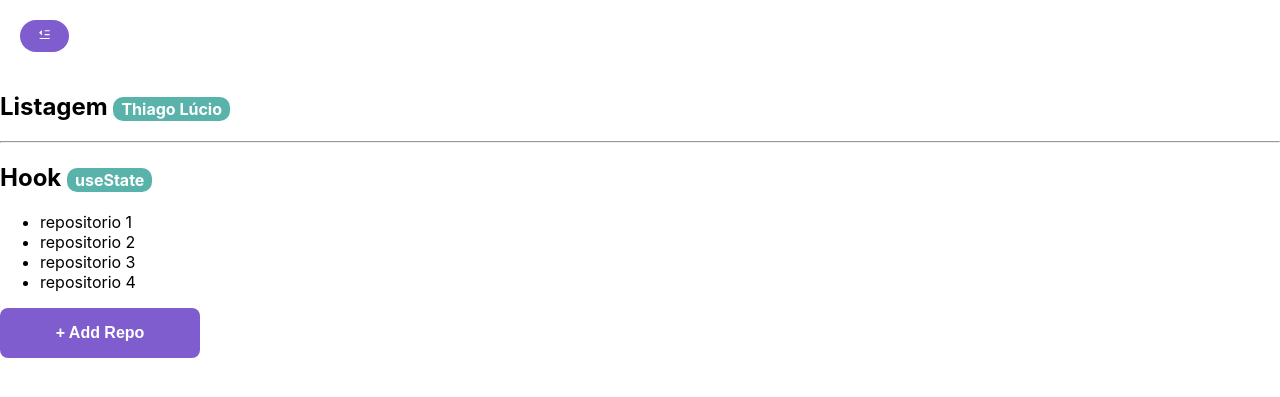
Repository: thiagolucio/react-hooks-use
Page: /
The author's editor kept a copy of each file at every save. The page is drawn from the files as they stood at one save, then again after the next save.
The browser window is 1280 px wide. The pictures show the whole page.
The page's requests for data from a server got no answer. The project was rebuilt for these pictures with package versions that can differ from the ones it lists, and the page was loaded fresh each time. No one was signed in, and anything a server would have sent is missing.

Above is the page before, as saved 2022-03-09 21:57:50.

### src/index.css
body {
  margin: 0;
  padding: 0;
  overflow-x: hidden;
  font-family: -apple-system, BlinkMacSystemFont, 'Segoe UI', 'Roboto', 'Oxygen',
    'Ubuntu', 'Cantarell', 'Fira Sans', 'Droid Sans', 'Helvetica Neue',
    sans-serif;
  -webkit-font-smoothing: antialiased;
  -moz-osx-font-smoothing: grayscale;
}

code {
  font-family: source-code-pro, Menlo, Monaco, Consolas, 'Courier New',
    monospace;
}

.container_column_center {
  display: flex;
  flex-direction: column;
  justify-content: flex-start;
  align-items: center;
}

.container_row_center {
  display: flex;
  flex-direction: row;
  justify-content: flex-start;
}


.font18px {font-size: 18px;}
.font20px {font-size: 20px;}
.font22px {font-size: 22px;}
.font24px {font-size: 24px;}

### src/App.js
import React from "react";
import "./App.css";

import UseStateExample from "./Components/UseStateExample";
import UseEffectExample from "./Components/UseEffectExample";
import Toggle from "./Components/Toggle";

function App() {
  return (
    <>
      <Toggle/>
        <UseEffectExample />
        <hr/>
        <UseStateExample />
    </>
  );
}

export default App;

### src/App.css
.container {
    display: flex;
    align-items: center;
    justify-content: center;
}

.flex-row {
    flex-direction: row;
}
.flex-column {
    flex-direction: column;
}

.button-toggle, .button-toggle-round {
    background-color: #7f5dce;
    padding: 8px 18px;
    border: none;
    border-radius: 50em;
    color: white;
    margin: 20px;
}

.button-toggle-round icon {
    transition: all 0.5s ease-in-out;
}


.button-toggle:hover {
    cursor: pointer;

}

### src/Components/UseStateExample.js
import React, { useState } from "react";
import "./UseStateExample.css";

function UseStateExample() {

  const [repositories, setRepositories] = useState([
    { id: 1, name: "repositorio 1" },
    { id: 2, name: "repositorio 2" },
    { id: 3, name: "repositorio 3" },
    { id: 4, name: "repositorio 4" },
  ]);

    function handleAddRepo() {

        let numName  = repositories.length + 1;

        setRepositories([...repositories, { id: Math.random(), name: "repositorio " + numName}]);
    }

  return (
    <div className="container-list">
      <h2>Hook <span className="badge-title">useState</span></h2>
      <ul>
        {repositories.map((repo) => (
          <li key={repo.id}>{repo.name}</li>
        ))}
      </ul>
      <button className="buttonApp" onClick={handleAddRepo}>+ Add Repo</button>
    </div>
  );
}

export default UseStateExample;

### src/Components/UseEffectExample.js
import React, { useEffect, useState } from "react";
import {FcLike, FcLikePlaceholder } from "react-icons/fc";
import "./UseStateExample.css";

function UseEffectExample() {
  const [repositories, setRepositories] = useState([]);
  const [favorites, setFavorites] = useState([]);

  // no lugar do componentDidMount quando o component for montado
  useEffect(() => {
    async function fetchRepo() {
      const response = await fetch("https://api.github.com/users/thiagolucio/repos");
      const data = await response.json();
      setRepositories(data);
    }

    // async function fetchDataWithChildren() {
    //   try {
    //     const response = await fetch("https://api.github.com/users/thiagolucio/repos");
    //     const data = await response.json();
    //     setRepositories(data.children.map(it => it.data));
    //   } catch (e) {
    //     console.error(e);
    //   }
    // }

    fetchRepo();
    // fetchDataWithChildren();
  }, []);
  //os colchetes acima indica que ele deve ser executado somente uma vez, quando o componente for montado porque
  // ele não tem nenhum parâmetro pra se basear para ser executado novamente

  function handleFavorite(id) {
    const newRepositories = repositories.map(repo => {
      return repo.id ===  id ? {...repo, favorite: true} : repo;
      // verifica se o id do repositório é igual ao id passado por parâmetro e se for vai retornar
      // todos os dados do repositório e adicionar uma opção favorite como true
      // no final, se nao for ele retornará o repositorio como estava antes da mudança
    });
    // ele vai agora atualizar o estado dos repositórios com ou sem o true de favoritos adicionado
    setRepositories(newRepositories);
  }

  return (
    <>
      <h2>
        Listagem <span className="badge-title">Thiago Lúcio</span>
      </h2>
      <ul>
        {repositories.map((repo) => (
          <li key={repo.id}>
            {repo.name}
            <button
                onClick={() => handleFavorite(repo.id)}
                className={repo.favorite? "btn-round btn-like" : "btn-round btn-unlike"} >
                {repo.favorite? <FcLike/> : <FcLikePlaceholder/>}
            </button>
          </li>
        ))}
      </ul>
    </>
  );
}

export default UseEffectExample;

### src/Components/Toggle.js
import React, { useCallback, useState } from 'react';
import { RiMenuUnfoldFill, RiMenuFoldFill } from "react-icons/ri";

function Toggle() {
    const [isToggleChanged, setIsToggleChanged] = useToggle();

    return (
        <button className={isToggleChanged ? 'button-toggle-round' : 'button-toggle'} onClick={setIsToggleChanged}>{isToggleChanged ? <RiMenuUnfoldFill/> : <RiMenuFoldFill/>}</button>
    );
}
const useToggle = (initialState = false) => {
    const [state, setState] = useState(initialState);
    const toggle = useCallback(() => setState(state => !state), []);

    return [state, toggle]
}

export default Toggle;

### src/Components/UseStateExample.css
.buttonApp {
    width: 200px;
    height: 50px;
    font-size: 16px;
    padding: 8px 25px;
    background-color: #7f5dce;
    border: 2px solid #ffffff;
    color: #fff;
    font-weight: bold;
    border: none;
    border-radius: 8px;
}

.buttonApp:hover {
    background-color: white;
    border: 2px solid #7f5dce;
    color: #7f5dce;
    transition: all 0.2s ease-in;
    cursor: pointer;
}

.buttonApp:click {
    background-color: 45336e;
    border: 2px solid #45336e;
    color: #7f5dce;
    transition: all 0.2s ease-in;
    cursor: pointer;
}

.badge-title {
    width: 100%;
    height: 40px;
    font-size: 24px;
    padding: 2px 8px;
    background-color: #59b3ab;
    color: #fff;
    font-size: 16px;
    font-weight: bold;
    border: none;
    border-radius: 10px;
}

.btn-round {
    width: 30px;
    height: 30px;
    border-radius: 50em;
    font-size: 16px;
    margin: 0 16px;
    border: none;
}

.btn-round svg {
    margin-top: 4px
}

.btn-round:hover {
    cursor: pointer;
    transition: all 0.3s ease-in;
}

.btn-round.btn-like {
    border: 1px dotted red;
    background: white;
}

Loaded but not shown: public/index.html (common file); src/index.js (common file); src/reportWebVitals.js (common file)

After the next save:
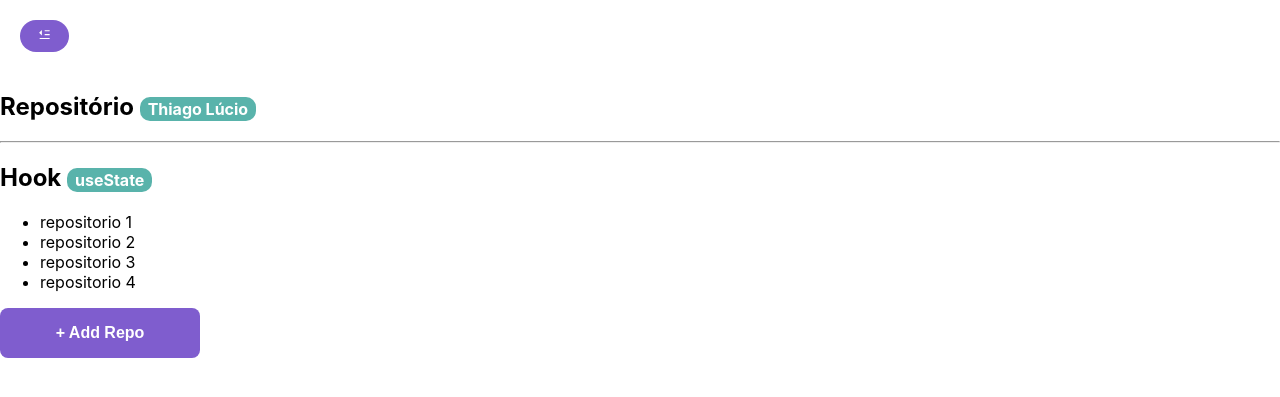
Saved 8 s later.
--- a/src/Components/UseEffectExample.js
+++ b/src/Components/UseEffectExample.js
@@ -44,7 +44,7 @@ function UseEffectExample() {
   return (
     <>
       <h2>
-        Listagem <span className="badge-title">Thiago Lúcio</span>
+        Repositório <span className="badge-title">Thiago Lúcio</span>
       </h2>
       <ul>
         {repositories.map((repo) => (
